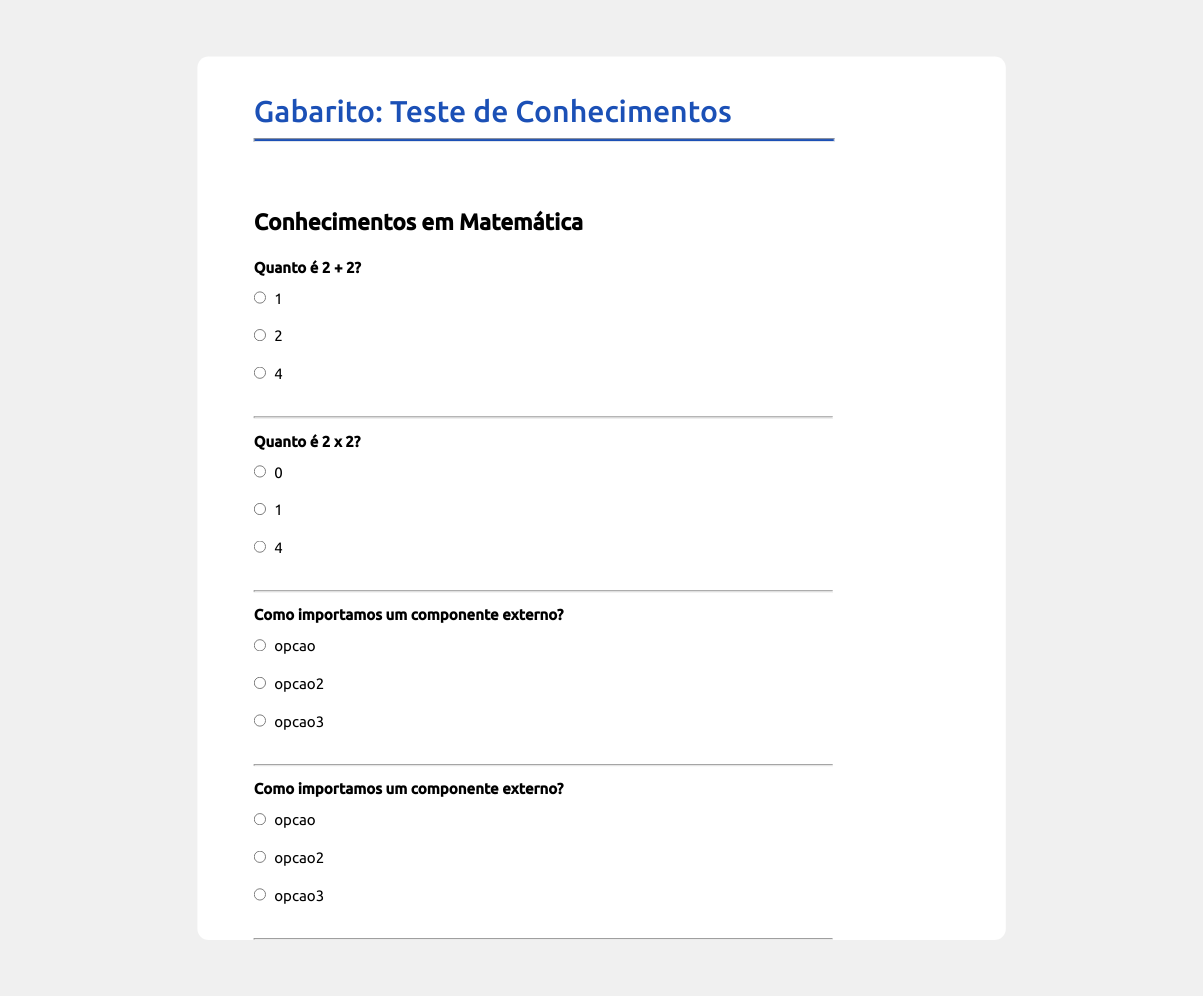
Repository: Delei09/desafioPerguntas
Page: / (app in frontend/)
These files come from the project's save history. The page is drawn as it stood at one moment and after the next save; the edit follows.
The browser window is 1280 px wide. The pictures show the whole page, at 94% of full size.
The project was rebuilt for these pictures with package versions that can differ from the ones it lists, and the page was loaded fresh each time.

Above is the page before, as saved 2021-08-18 11:43:44.

After the next save:
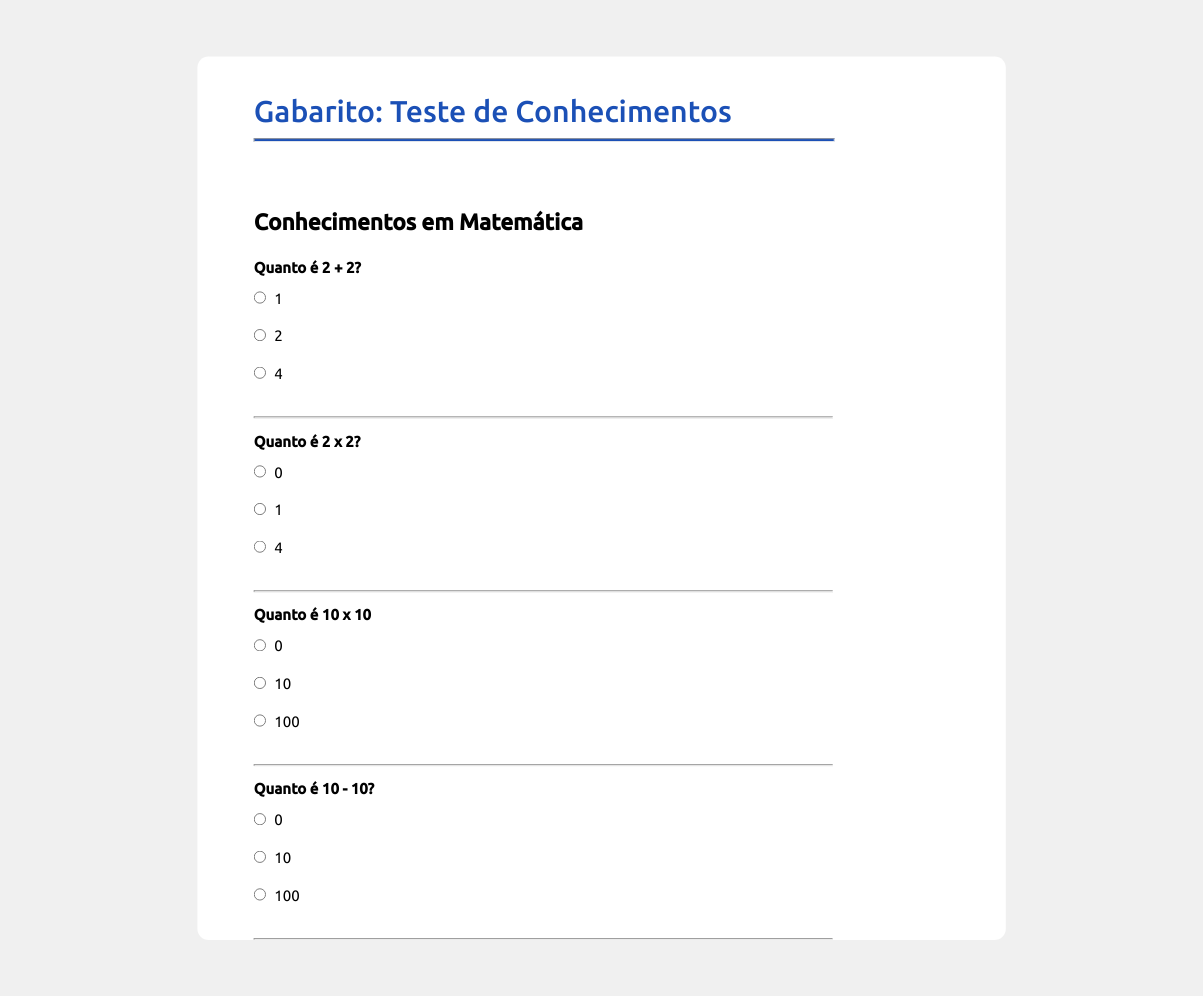
Saved 79 s later.
--- a/frontend/src/App.tsx
+++ b/frontend/src/App.tsx
@@ -21,20 +21,20 @@ const perguntas = [  {
   resposta: "opcao3",
   id: 'p2',
 },{
-  pergunta: 'Como importamos um componente externo?',
+  pergunta: 'Quanto é 10 x 10',
   options: [
-    "opcao ",
-    "opcao2",
-    "opcao3",
+    "0",
+    "10",
+    "100",
   ],
   resposta: "opcao3",
   id: 'p2',
 },{
-  pergunta: 'Como importamos um componente externo?',
+  pergunta: 'Quanto é 10 - 10?',
   options: [
-    "opcao ",
-    "opcao2",
-    "opcao3",
+    "0",
+    "10",
+    "100",
   ],
   resposta: "opcao3",
   id: 'p2',
